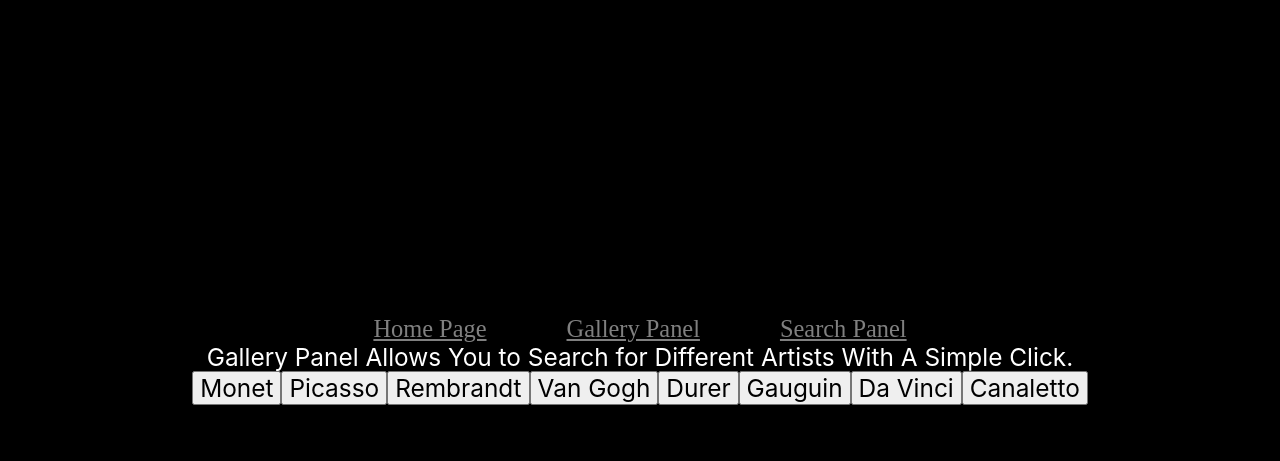
Repository: ZhengyuLi0929/ArtMuseum_ArtIC
Page: /gallery
The author's editor kept a copy of each file at every save. The page is drawn from the files as they stood at one save, then again after the next save.
The browser window is 1280 px wide. The pictures show the whole page.
The page's requests for data from a server got no answer. The project was rebuilt for these pictures with package versions that can differ from the ones it lists, and the page was loaded fresh each time. No one was signed in, and anything a server would have sent is missing. Also part of the build but not shown: src/home.tsx, src/list.tsx, src/details.tsx.

Above is the page before, as saved 2023-01-11 07:55:42.

### src/App.tsx
import React from 'react';
//import logo from './logo.svg';
import './App.css';
import {
  BrowserRouter as Router,
  Route,
  Routes,
  Link} from "react-router-dom"

import HomeView from './home';
import GalleryView from './gallery';
import ListView from './list';
import ItemDetails from './details';

function App() {
  return (
    <Router>
    <div className="App">
      <header className="App-header">
        <div style={{
            display: 'flex',
            flexWrap: 'nowrap',
            justifyContent: 'space-between'
        }}>
          <Link to ="/" style={{ color: 'grey', marginRight: "80px", fontFamily: 'Georigia'}}> Home Page </Link>
          <Link to ="/gallery" style={{ color: 'grey', marginRight: "80px", fontFamily: 'Georigia' }}> Gallery Panel </Link>
          <Link to ="/list" style={{ color: 'grey', fontFamily: 'Georigia' }}> Search Panel </Link>
        </div>
          <Routes>
            <Route path = "/" element = {<HomeView></HomeView>}/>
            <Route path = "/gallery" element = {<GalleryView></GalleryView>}/>
            <Route path = "/list" element = {<ListView></ListView>}/>
            <Route path="/items/:itemId" element={<ItemDetails></ItemDetails>} />
          </Routes>
      </header>
    </div>
    </Router>
  );
}

export default App;

### src/gallery.tsx
import axios from 'axios';
import {useEffect, useState} from 'react';
import { Link } from 'react-router-dom';

export default function GalleryView(){
    interface Image{
        id: number
        image_id: string
        title: string
        _score: number
    }
    const [image, setImage] = useState<Image []>([]);

    const api = axios.create({baseURL: 'https://api.artic.edu/api/v1/'});


    // initialize GalleryView with some random images
    // by calling handleArtists with 'monet'
    // this is similar to componentDidMount in class component
    // https://reactjs.org/docs/hooks-effect.html
    // https://reactjs.org/docs/hooks-reference.html#useeffect
    useEffect(() => {
        handleArtists({currentTarget: {value: 'monet'}} as React.MouseEvent<HTMLButtonElement>)
    }, [])

    // write handleArtists that search for the artist name
    // and set the imagesUrl and title
    const handleArtists = (event: React.MouseEvent<HTMLButtonElement>) => {
        const artistName = event.currentTarget.value;
        api.get(`artworks/search?q=${artistName}&&fields=id,title,image_id&&limit=50`)
            .then((res) => {
                const tempID : string [] = []
                const tempTitle: string [] = []
                if (res.data) {
                    // res.data.data.map
                    // ((image: Image) =>{tempID.push(image.image_id)})
                    // res.data.data.map((image:Image) => {tempTitle.push(`${image.title}`)})
                    // setID(tempID)
                    // setTitle(tempTitle)

                    // set image state
                    setImage(res.data.data)
                }
            }
        );
    }

    return(
        <div>
            <div>
                Gallery Panel Allows You to Search for Different Artists With A Simple Click.
            </div>
            <button value = "monet" onClick = {handleArtists}>Monet</button>
            <button value = "picasso" onClick = {handleArtists}>Picasso</button>
            <button value = "rembrandt" onClick = {handleArtists}>Rembrandt</button>
            <button value = "van gogh" onClick = {handleArtists}>Van Gogh</button>
            <button value = "durer" onClick = {handleArtists}>Durer</button>
            <button value = "gauguin" onClick = {handleArtists}>Gauguin</button>
            <button value = "da vinci" onClick = {handleArtists}>Da Vinci</button>
            <button value = "canaletto" onClick = {handleArtists}>Canaletto</button>
            <div>
            {
                image.length ? image.map(
                    (image:Image) => {
                        // turn id to string
                        // https://stackoverflow.com/questions/5767325/how-can-i-remove-a-specific-item-from-an-array
                        // const idString = id.toString();
                        console.log(image.id, image.image_id);
                        return (
                            <Link to = {`/items/${image.id}`}>
                                <img src = {`http://www.artic.edu/iiif/2/${image.image_id}/full/843,/0/default.jpg`} height = "200"></img>
                            </Link>
                        )
                    }
                ) : <></>
            }
            </div>

        </div>
    );
}

Loaded but not shown: public/index.html (common file); src/index.tsx (common file); src/index.css (common file); src/reportWebVitals.ts (common file); src/App.css (common file)

After the next save:
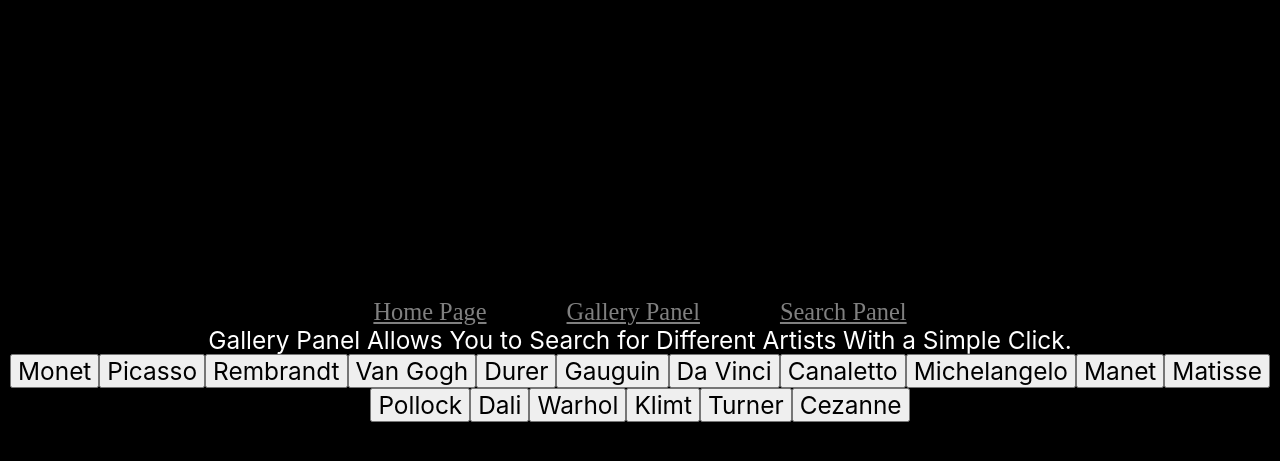
Saved 41 s later.
--- a/src/gallery.tsx
+++ b/src/gallery.tsx
@@ -48,7 +48,7 @@ export default function GalleryView(){
     return(
         <div>
             <div>
-                Gallery Panel Allows You to Search for Different Artists With A Simple Click.
+                Gallery Panel Allows You to Search for Different Artists With a Simple Click.
             </div>
             <button value = "monet" onClick = {handleArtists}>Monet</button>
             <button value = "picasso" onClick = {handleArtists}>Picasso</button>
@@ -58,6 +58,15 @@ export default function GalleryView(){
             <button value = "gauguin" onClick = {handleArtists}>Gauguin</button>
             <button value = "da vinci" onClick = {handleArtists}>Da Vinci</button>
             <button value = "canaletto" onClick = {handleArtists}>Canaletto</button>
+            <button value = "michelangelo" onClick = {handleArtists}>Michelangelo</button>
+            <button value = "manet" onClick = {handleArtists}>Manet</button>
+            <button value = "matisse" onClick = {handleArtists}>Matisse</button>
+            <button value = "pollock" onClick = {handleArtists}>Pollock</button>
+            <button value = "dali" onClick = {handleArtists}>Dali</button>
+            <button value = "warhol" onClick = {handleArtists}>Warhol</button>
+            <button value = "klimt" onClick = {handleArtists}>Klimt</button>
+            <button value = "turner" onClick = {handleArtists}>Turner</button>
+            <button value = "cezanne" onClick = {handleArtists}>Cezanne</button>
             <div>
             {
                 image.length ? image.map(
